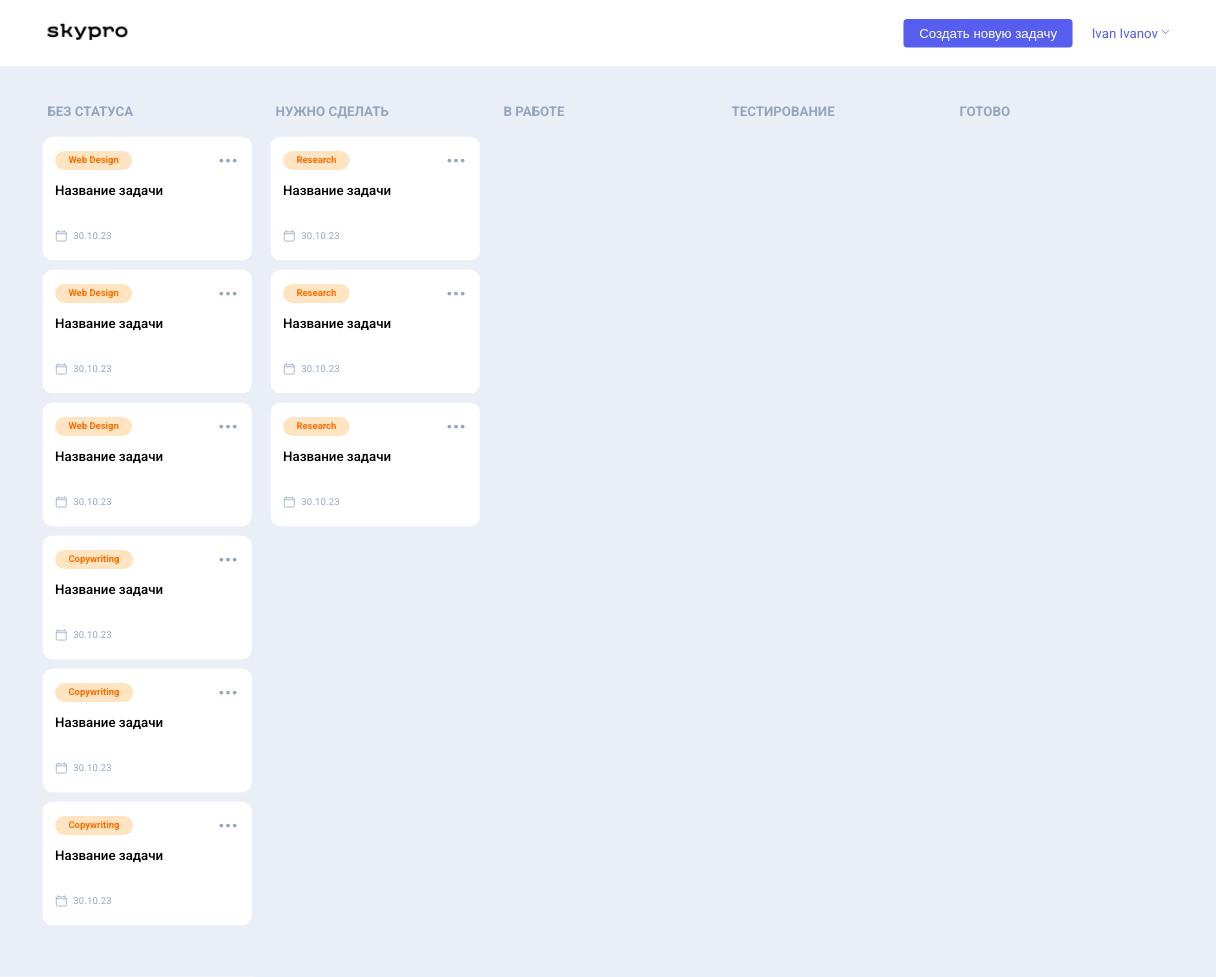
Repository: Olchik-resh/skypro-kanban
Page: /
The author's editor kept a copy of each file at every save. The page is drawn from the files as they stood at one save, then again after the next save.
The browser window is 1280 px wide. The pictures show the whole page, at 95% of full size.
The project was rebuilt for these pictures with package versions that can differ from the ones it lists, and the page was loaded fresh each time. Also part of the build but not shown: vite.config.js.

Above is the page before, as saved 2025-07-27 14:22:19.

After the next save:
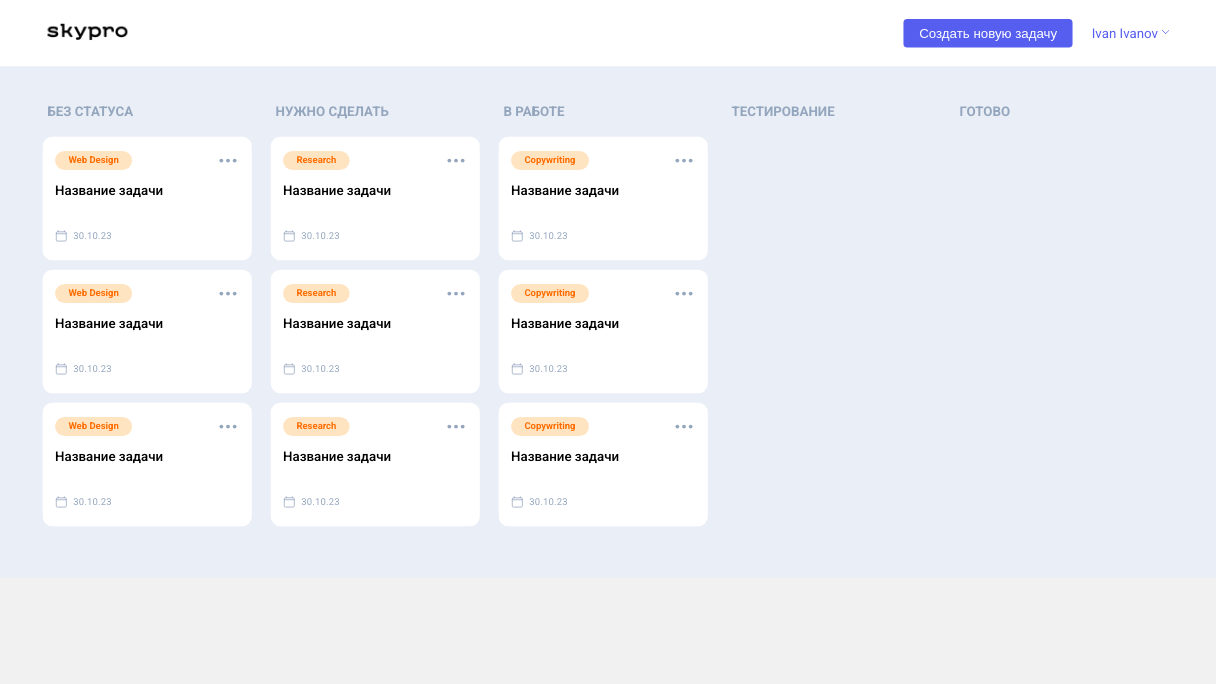
Saved 12 s later.
--- a/src/components/mokcs/tasks.js
+++ b/src/components/mokcs/tasks.js
@@ -6,7 +6,7 @@ const tasks = [
     topic: 'Copywriting',
     title: 'Название задачи',
     date: '30.10.23',
-    status: 'Без статуса',
+    status: 'В работе',
   },
 ]
 
